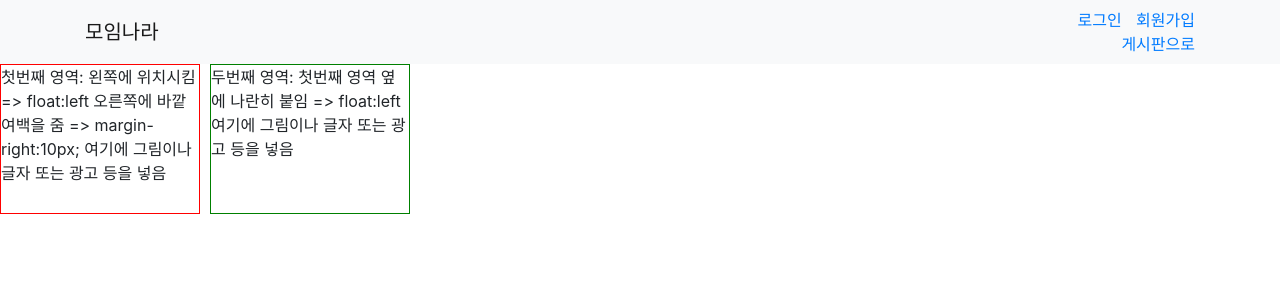
Repository: cmg9707/Devfox-spring-project
Page: http://localhost/DevJUS/WEB-INF/views/JUS/info.jsp
The author's editor kept a copy of each file at every save. The page is drawn from the files as they stood at one save, then again after the next save.
The browser window is 1280 px wide. The pictures show the whole page.
Some web libraries are served in a nearby version. The page is served by Tomcat 9. Nobody is signed in. Other server files are loaded and not shown. The template is opened directly, without the code that normally fills it, so the values that code supplies are empty.

Above is the page before, as saved 2023-04-13 23:29:25.

### DevJUS/src/main/webapp/WEB-INF/views/JUS/info.jsp
<%@ page language="java" contentType="text/html; charset=UTF-8"
	pageEncoding="UTF-8"%>
<%@ taglib uri="http://java.sun.com/jsp/jstl/core" prefix="c"%>


<!DOCTYPE html>
<html>
<head>
<script
	src="https://ajax.googleapis.com/ajax/libs/jquery/1.11.0/jquery.min.js"></script>
<meta http-equiv="X-UA-Compatible" content="IE=edge">
<meta name="viewport" content="width=device-width, initial-scale=1">
<link
	href="https://cdn.jsdelivr.net/npm/bootstrap@5.3.0-alpha1/dist/css/bootstrap.min.css"
	rel="stylesheet"
	integrity="sha384-GLhlTQ8iRABdZLl6O3oVMWSktQOp6b7In1Zl3/Jr59b6EGGoI1aFkw7cmDA6j6gD"
	crossorigin="anonymous">
<link rel="stylesheet"
	//href="https://stackpath.bootstrapcdn.com/bootstrap/4.3.1/css/bootstrap.min.css"
	integrity="sha384-ggOyR0iXCbMQv3Xipma34MD+dH/1fQ784/j6cY/iJTQUOhcWr7x9JvoRxT2MZw1T"
	crossorigin="anonymous">
<meta charset="UTF-8">
<title>Insert title here</title>

</head>
<body>
	       <!-- Navigation-->
        <nav class="navbar navbar-light bg-light static-top">
            <div class="container">
                <a class="navbar-brand" href="index">모임나라</a>
                <div style="text-align: right;">
        <c:if test = "${user.user_power == 'x'}"> <!-- user -->
				<a href="user_mu" ><img src="/resources/css/img/user.png" alt="" style="width: 10%;"></a>
				${user.user_name}
				<a href="index" ><img src="/resources/css/img/logout.png" alt="" style="width: 10%;"></a>
		</c:if>
		<c:if test = "${user.user_power == 'o'}"> <!-- admin -->
				<a href="user_mu" >관리자</a>
				<a href="index" ><img src="/resources/css/img/logout.png" alt="" style="width: 10%;"></a>
		</c:if>
		 <c:if test = "${empty user}">
                <div >
				<a href="login" style="margin: 10px;">로그인</a>
                <a href="join">회원가입</a>
             	</div>
        </c:if>
        	<a href="board" >게시판으로</a>
             	</div>
            </div>

        </nav>

<div style="width:200px; height:150px; border:1px solid red; float:left; margin-right:10px;">
첫번째 영역:
왼쪽에 위치시킴 =>  float:left
오른쪽에 바깥여백을 줌 =>  margin-right:10px;
여기에 그림이나 글자 또는 광고 등을 넣음
</div>
<div style="width:200px; height:150px; border:1px solid green; float:left;">
두번째 영역:
첫번째 영역 옆에 나란히 붙임 => float:left
여기에 그림이나 글자 또는 광고 등을 넣음
</div>
	<script>

	</script>
</body>
</html>

After the next save:
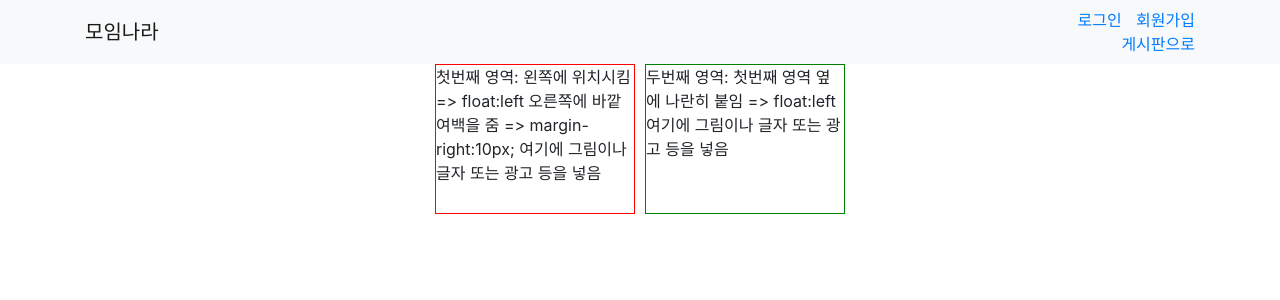
Saved 46 s later.
--- a/DevJUS/src/main/webapp/WEB-INF/views/JUS/info.jsp
+++ b/DevJUS/src/main/webapp/WEB-INF/views/JUS/info.jsp
@@ -50,16 +50,18 @@
 
         </nav>
 
-<div style="width:200px; height:150px; border:1px solid red; float:left; margin-right:10px;">
-첫번째 영역:
-왼쪽에 위치시킴 =>  float:left
-오른쪽에 바깥여백을 줌 =>  margin-right:10px;
-여기에 그림이나 글자 또는 광고 등을 넣음
-</div>
-<div style="width:200px; height:150px; border:1px solid green; float:left;">
-두번째 영역:
-첫번째 영역 옆에 나란히 붙임 => float:left
-여기에 그림이나 글자 또는 광고 등을 넣음
+<div style="display: flex; justify-content: center;">
+  <div style="width:200px; height:150px; border:1px solid red; float:left; margin-right:10px;">
+    첫번째 영역:
+    왼쪽에 위치시킴 =>  float:left
+    오른쪽에 바깥여백을 줌 =>  margin-right:10px;
+    여기에 그림이나 글자 또는 광고 등을 넣음
+  </div>
+  <div style="width:200px; height:150px; border:1px solid green; float:left;">
+    두번째 영역:
+    첫번째 영역 옆에 나란히 붙임 => float:left
+    여기에 그림이나 글자 또는 광고 등을 넣음
+  </div>
 </div>
 	<script>
 
